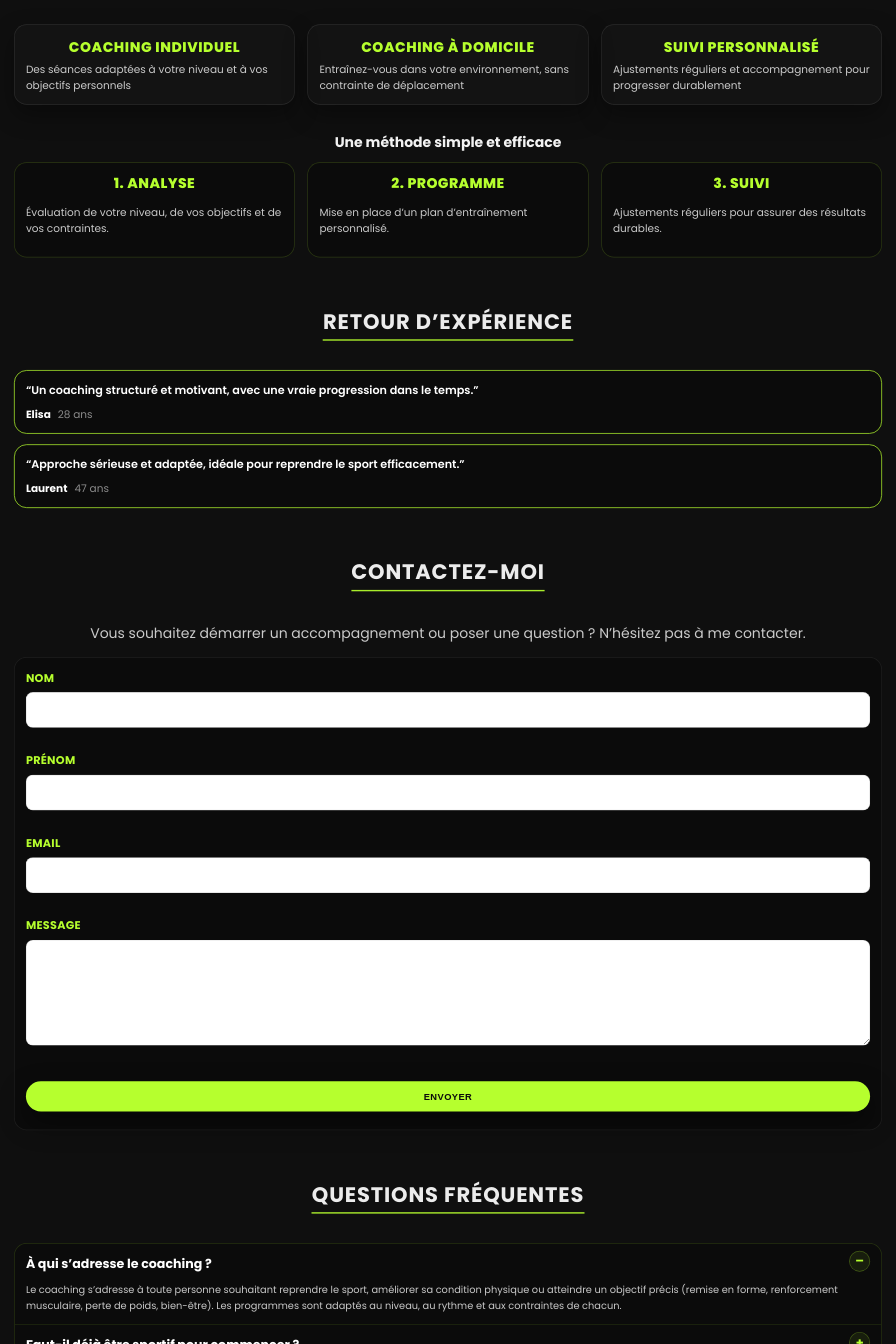
Repository: ThomasHdrd/CoachFitness
Page: index.html
These files come from the project's save history. The page is drawn as it stood at one moment and after the next save; the edit follows.
The browser window is 1280 px wide. The pictures show the part of the page from y = 974 to 2894 px (the page is 3199 px tall before and 3191 px after), at 70% of full size.

Above is the page before, as saved 2026-01-20 23:20:25.

After the next save:
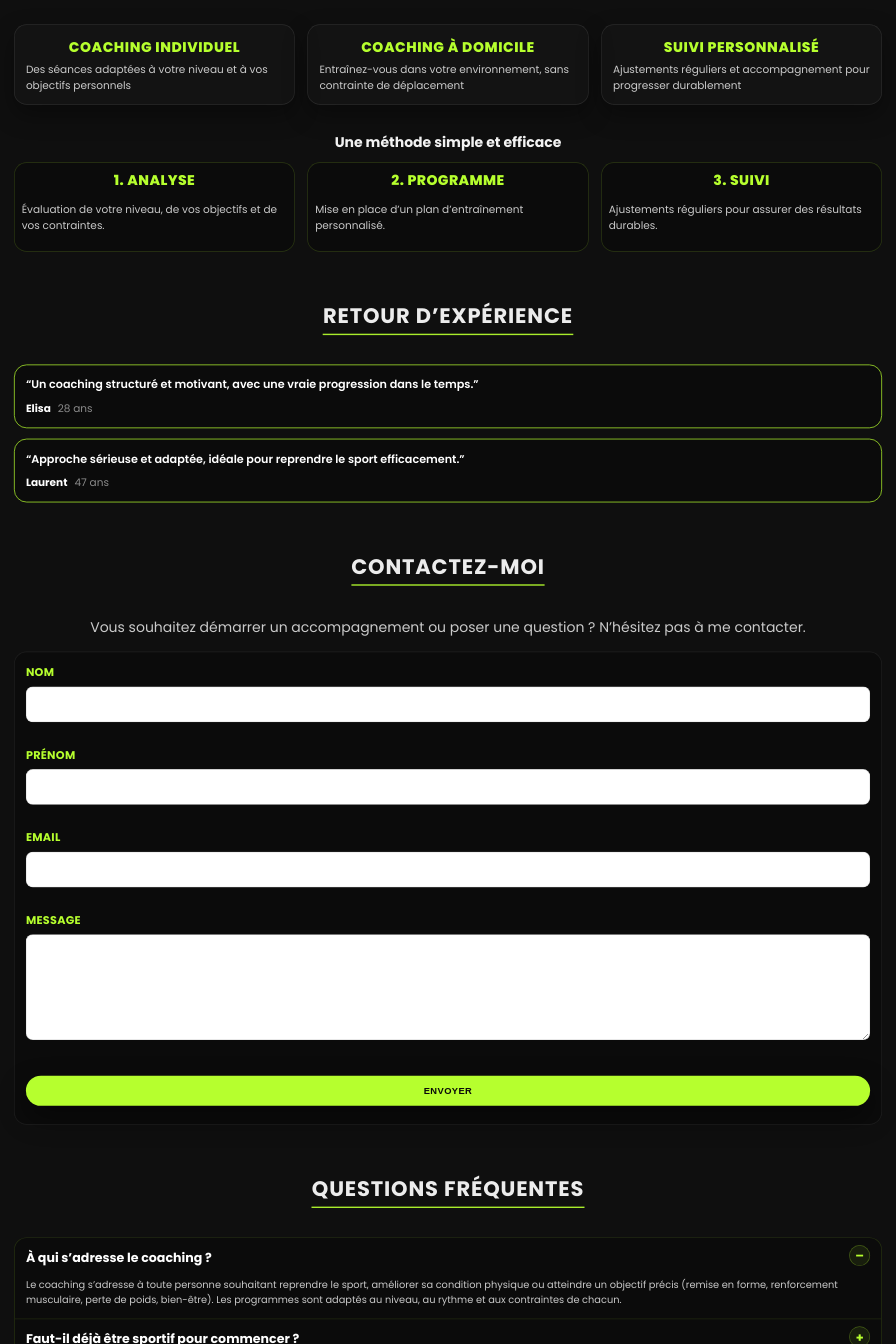
Saved 4 s later.
--- a/styles.css
+++ b/styles.css
@@ -337,7 +337,7 @@
   border: 1px solid rgba(182,255,46,.18);
   background: rgba(0,0,0,.25);
   border-radius: var(--radius-lg);
-  padding: 14px 16px;
+  padding: 10px;
 }
 .step-num{
   font-weight: 800;

After the 2 saves that followed:
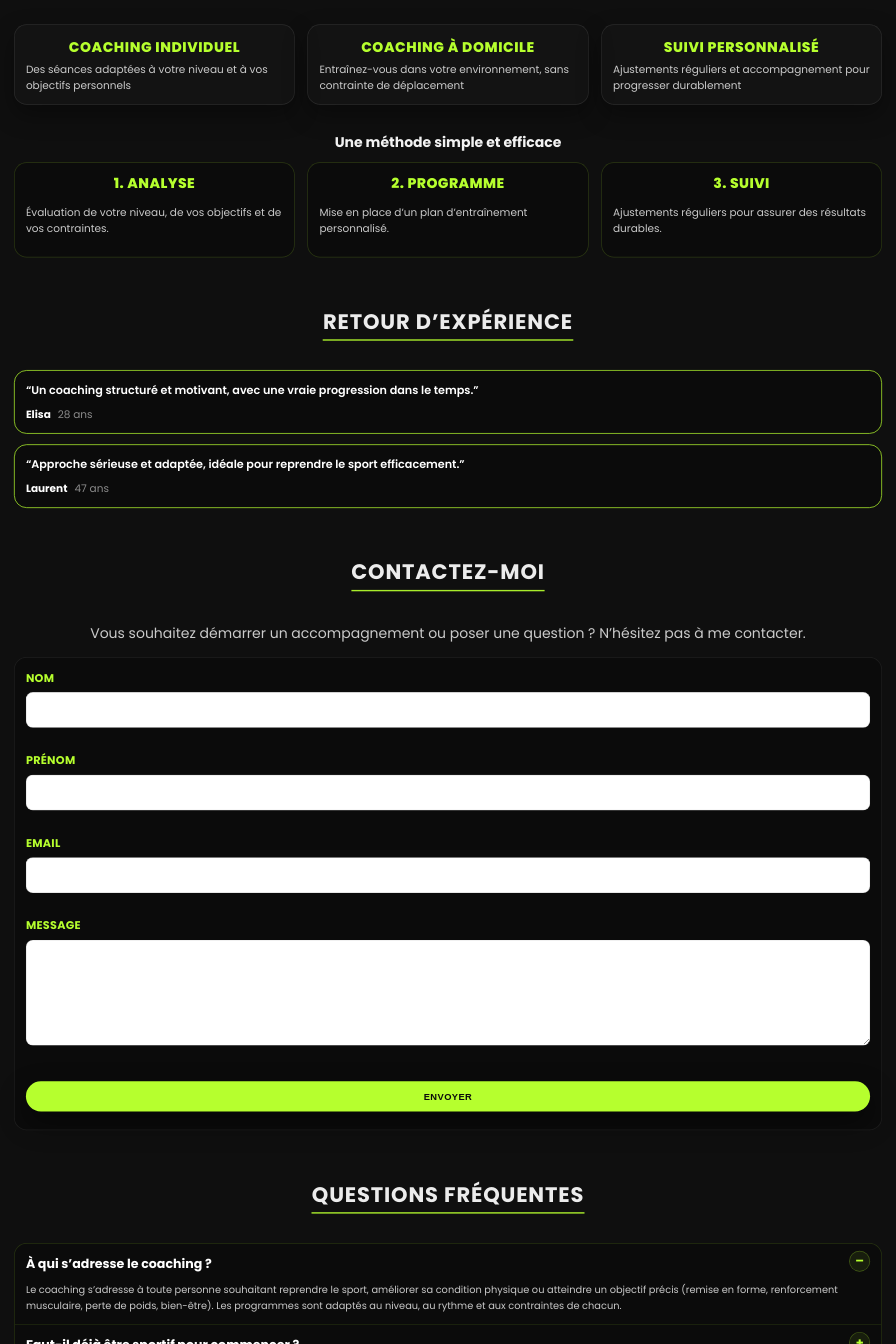
The 2 saves are shown as one change because they came seconds apart.
The last was saved 7 s later.
--- a/styles.css
+++ b/styles.css
@@ -337,7 +337,7 @@
   border: 1px solid rgba(182,255,46,.18);
   background: rgba(0,0,0,.25);
   border-radius: var(--radius-lg);
-  padding: 10px;
+  padding: 14px 16px;
 }
 .step-num{
   font-weight: 800;
